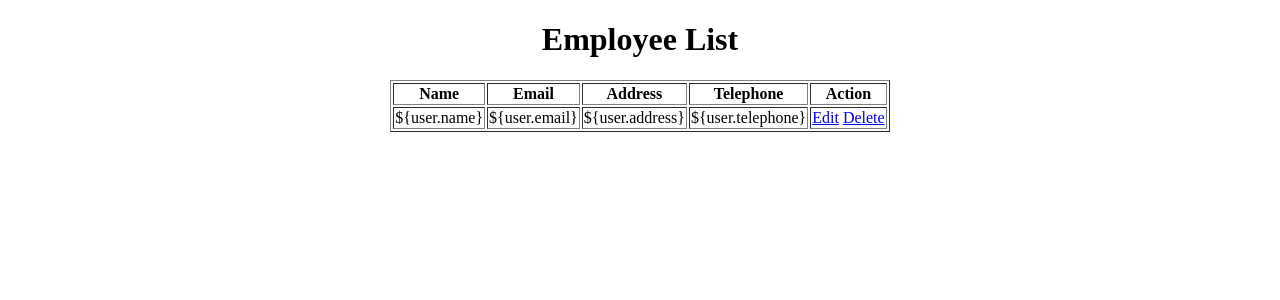
Repository: Sonalitanika/Assigment_IT17048842
Page: Lab09/WebContent/UserRegis.html
An editor plug-in stored every save of this project. The page is shown before and after the next save, followed by the edit.
The browser window is 1280 px wide. The pictures show the whole page.

Above is the page before, as saved 2019-05-25 16:47:01.

### Lab09/WebContent/UserRegis.html

<!DOCTYPE html>
<html>
<head>
<meta charset="utf-8">
<title>Insert title here</title>
<script type="text/javascript" src="js/jquery-3.4.1.min.js"></script>
</head>
<body>
 <div align="center">
        <h1>Employee List</h1>
        <h3>

        </h3>
        <table border="1">

            <th>Name</th>
            <th>Email</th>
            <th>Address</th>
            <th>Telephone</th>
            <th>Action</th>

            <c:forEach var="User" items="${listUser}">
                <tr>

                    <td>${user.name}</td>
                    <td>${user.email}</td>
                    <td>${user.address}</td>
                    <td>${user.telephone}</td>
                    <td><a href="editUser?id=${user.id}">Edit</a>
                             <a
                        href="deleteUser?id=${user.id}">Delete</a></td>

                </tr>
            </c:forEach>
        </table>
    </div>
</body>
</html>

Loaded but not shown: Lab09/WebContent/js/jquery-3.4.1.min.js (library)

After the next save:
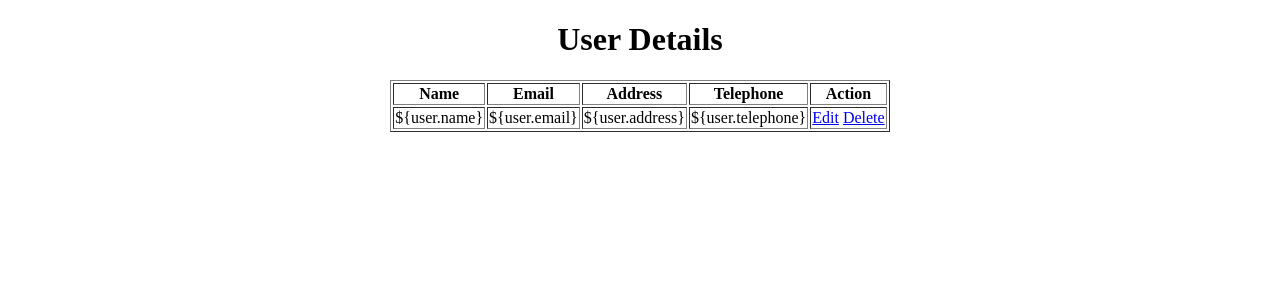
Saved 25 s later.
--- a/Lab09/WebContent/UserRegis.html
+++ b/Lab09/WebContent/UserRegis.html
@@ -8,7 +8,7 @@
 </head>
 <body>
  <div align="center">
-        <h1>Employee List</h1>
+        <h1>User Details</h1>
         <h3>
 
         </h3>
